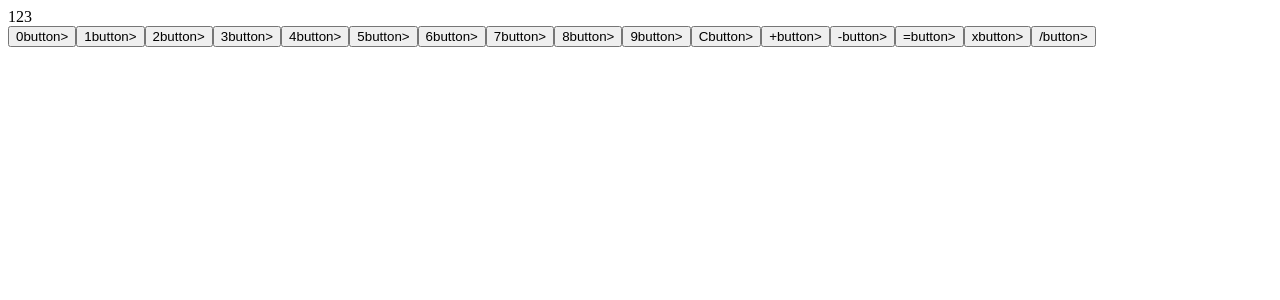
Repository: TEazy2433/LAB-calculator
Page: index.html
The author's editor kept a copy of each file at every save. The page is drawn from the files as they stood at one save, then again after the next save.
The browser window is 1280 px wide. The pictures show the whole page.

Above is the page before, as saved 2023-10-13 15:40:55.

After the next save:
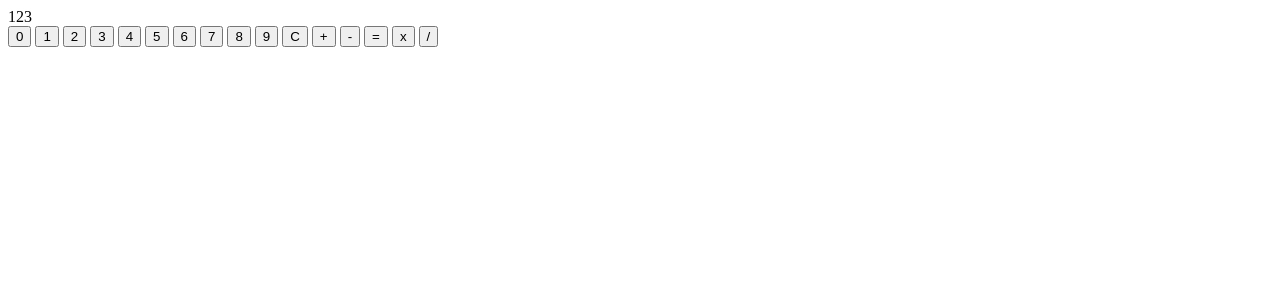
Saved 3 min 24 s later.
--- a/index.html
+++ b/index.html
@@ -11,22 +11,22 @@
 <body>
   <div class="screen"></div>
     <div class="buttons">123</div>
-  <button class="butons">0</body>button>
-  <button class="butons">1</body>button>
-  <button class="butons">2</body>button>
-  <button class="butons">3</body>button>
-  <button class="butons">4</body>button>
-  <button class="butons">5</body>button>
-  <button class="butons">6</body>button>
-  <button class="butons">7</body>button>
-  <button class="butons">8</body>button>
-  <button class="butons">9</body>button>
-  <button class="butons">C</body>button>
-  <button class="butons">+</body>button>
-  <button class="butons">-</body>button>
-  <button class="butons">=</body>button>
-  <button class="butons">x</body>button>
-  <button class="butons">/</body>button>
+  <button class="buttons">0</button>
+  <button class="buttons">1</button>
+  <button class="buttons">2</button>
+  <button class="buttons">3</button>
+  <button class="buttons">4</button>
+  <button class="buttons">5</button>
+  <button class="buttons">6</button>
+  <button class="buttons">7</button>
+  <button class="buttons">8</button>
+  <button class="buttons">9</button>
+  <button class="buttons">C</button>
+  <button class="buttons">+</button>
+  <button class="buttons">-</button>
+  <button class="buttons">=</button>
+  <button class="buttons">x</button>
+  <button class="buttons">/</button>
 
 </body>
 </html>
